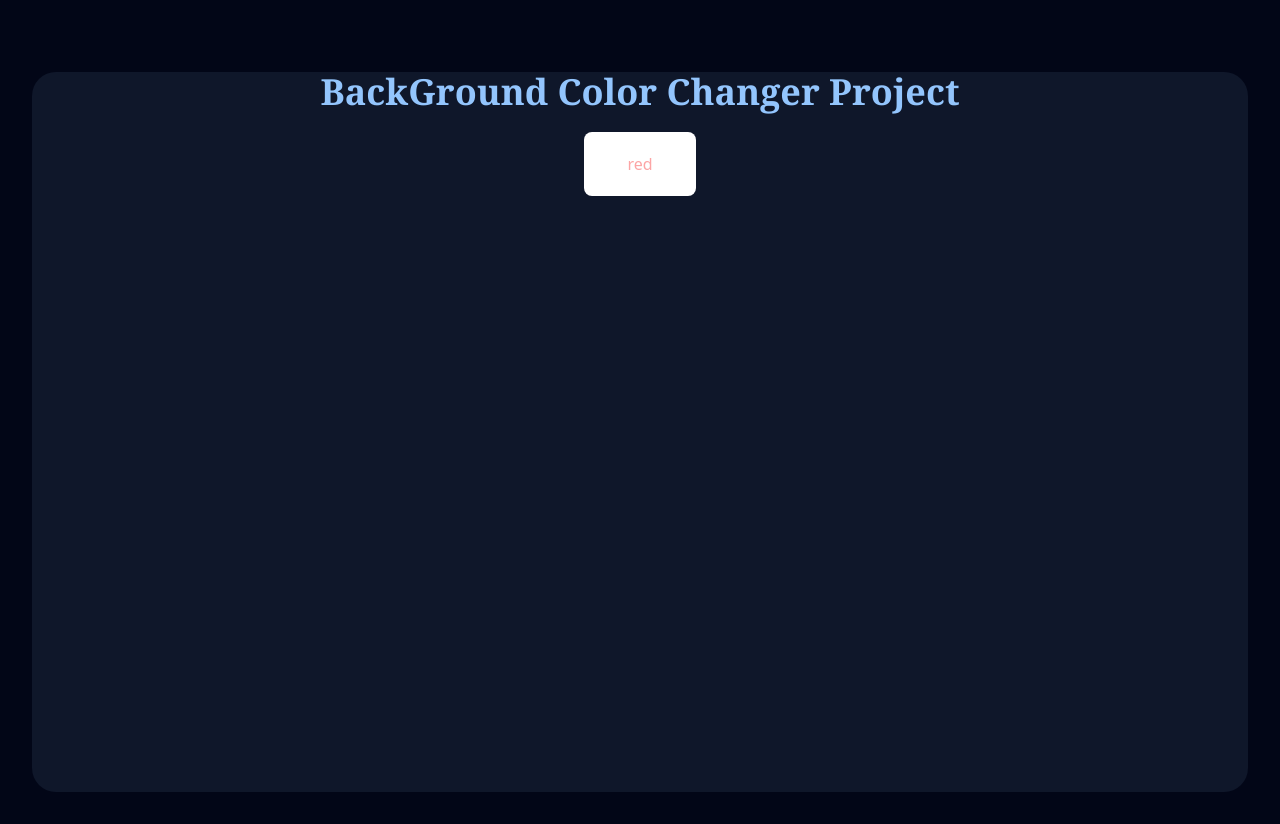
Repository: ChaitanyMishra/react-daily-work
Page: / (app in day-04-react/bg_color_changer/)
The author's editor kept a copy of each file at every save. The page is drawn from the files as they stood at one save, then again after a run of saves.
The browser window is 1280 px wide. The pictures show the whole page.
The project was rebuilt for these pictures with package versions that can differ from the ones it lists, and the page was loaded fresh each time. Also part of the build but not shown: day-04-react/bg_color_changer/vite.config.js.

Above is the page before, as saved 2025-06-20 16:52:39.

After the next 2 saves:
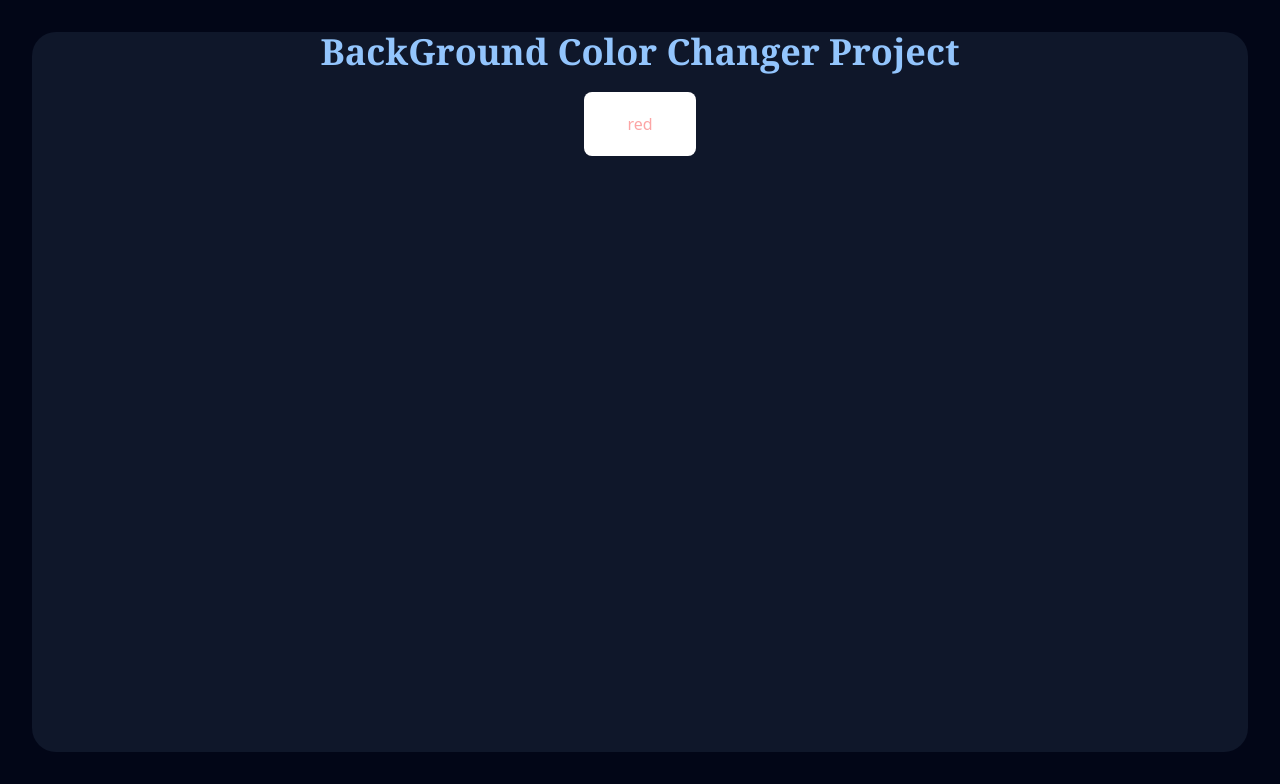
The 2 saves are shown as one change because they came seconds apart.
The last was saved 7 s later.
--- a/day-04-react/bg_color_changer/src/App.jsx
+++ b/day-04-react/bg_color_changer/src/App.jsx
@@ -8,7 +8,7 @@ function App() {
 
   return (
     <div className='w-full h-screen bg-slate-900 rounded-3xl '>
-    <h1 className=' mt-10 text-4xl font-serif font-bold text-blue-300 '>BackGround Color Changer Project</h1>
+    <h1 className=' mt- text-4xl font-serif font-bold text-blue-300 '>BackGround Color Changer Project</h1>
      <button className="bg-white text-red-300 m-5 p-5 rounded-lg w-[7rem]  ">red</button>
     <ColorChangeButton />
     </div>
